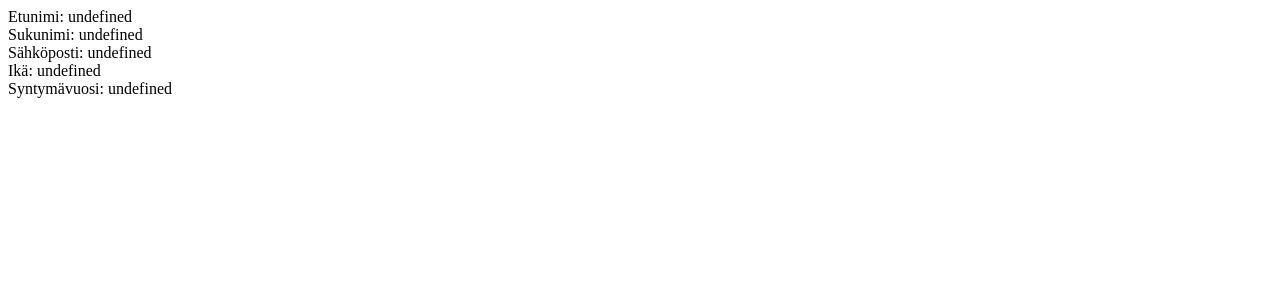
Repository: jajusu/Ohjelmointi2
Page: http://localhost/KolmasTehtava/nayta.jsp
An editor plug-in stored every save of this project. The page is shown before and after the next save, followed by the edit.
The browser window is 1280 px wide. The pictures show the whole page.
The page is served by Tomcat 9.

Above is the page before, as saved 2021-04-09 08:49:50.

### KolmasTehtava/WebContent/nayta.jsp
<%@ page language="java" contentType="text/html; charset=ISO-8859-1"
    pageEncoding="ISO-8859-1"%>
<!DOCTYPE html>
<html>
<head>
<meta charset="ISO-8859-1">
<script src="scripts/main.js"></script>
<script src="https://ajax.googleapis.com/ajax/libs/jquery/3.4.1/jquery.min.js"></script>
<title>Tervetuloa</title>
</head>
<body>
<span id="etunimi"></span><br>
<span id="sukunimi"></span><br>
<span id="sposti"></span><br>
<span id="puh"></span><br>
<span id="vuosi"></span><br>


<script>
$(document).ready(function(){
	var vuosi = requestURLParam("vuosi");
	$("#etunimi").text("Etunimi: " + requestURLParam("etunimi"));
	$("#sukunimi").text("Sukunimi: " + requestURLParam("sukunimi"));
	$("#sposti").text("Sähköposti: " + requestURLParam("sposti"));
	$("#puh").text("Ikä: " + requestURLParam("puh"));
	$("#vuosi").text("Syntymävuosi: " + vuosi);

});
</script>
</body>
</html>

### KolmasTehtava/WebContent/scripts/main.js
function requestURLParam(sParam){
    var sPageURL = window.location.search.substring(1);
    var sURLVariables = sPageURL.split("&");
    for (var i = 0; i < sURLVariables.length; i++){
        var sParameterName = sURLVariables[i].split("=");
        if(sParameterName[0] == sParam){
            return sParameterName[1];
        }
    }
}

After the next save:
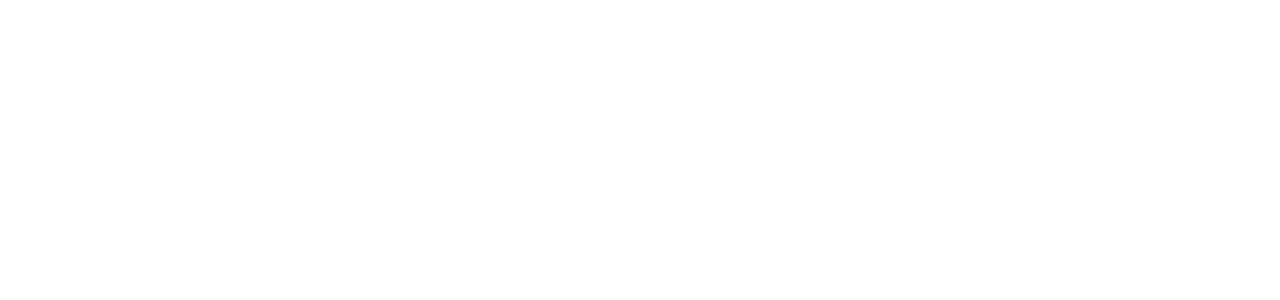
Console error: SyntaxError: Unexpected identifier 'vuosi'
Saved 53 s later.
--- a/KolmasTehtava/WebContent/nayta.jsp
+++ b/KolmasTehtava/WebContent/nayta.jsp
@@ -18,7 +18,10 @@
 
 <script>
 $(document).ready(function(){
+
 	var vuosi = requestURLParam("vuosi");
+	if vuosi<18:
+		console.log("Vittu "+vuosi);
 	$("#etunimi").text("Etunimi: " + requestURLParam("etunimi"));
 	$("#sukunimi").text("Sukunimi: " + requestURLParam("sukunimi"));
 	$("#sposti").text("Sähköposti: " + requestURLParam("sposti"));

After the 2 saves that followed:
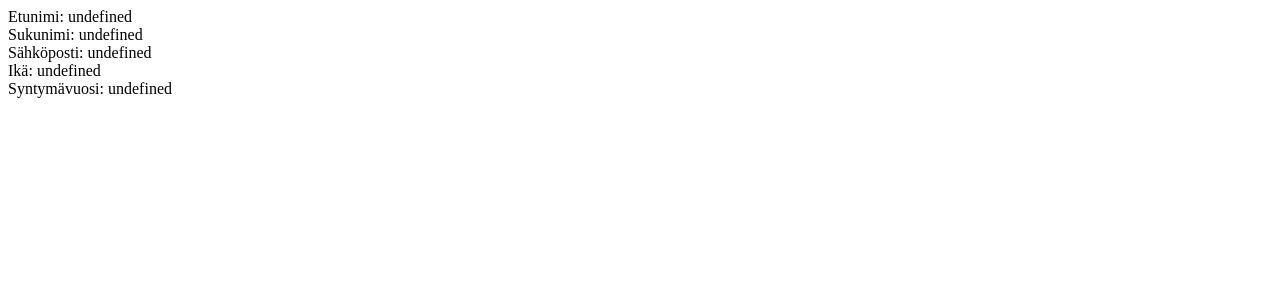
The error is gone.
The 2 saves are shown as one change because 1 left the picture as it was.
The last was saved 101 s later.
--- a/KolmasTehtava/WebContent/nayta.jsp
+++ b/KolmasTehtava/WebContent/nayta.jsp
@@ -20,8 +20,10 @@
 $(document).ready(function(){
 
 	var vuosi = requestURLParam("vuosi");
-	if vuosi<18:
+
+	if (2021-vuosi<18){
 		console.log("Vittu "+vuosi);
+	}
 	$("#etunimi").text("Etunimi: " + requestURLParam("etunimi"));
 	$("#sukunimi").text("Sukunimi: " + requestURLParam("sukunimi"));
 	$("#sposti").text("Sähköposti: " + requestURLParam("sposti"));
